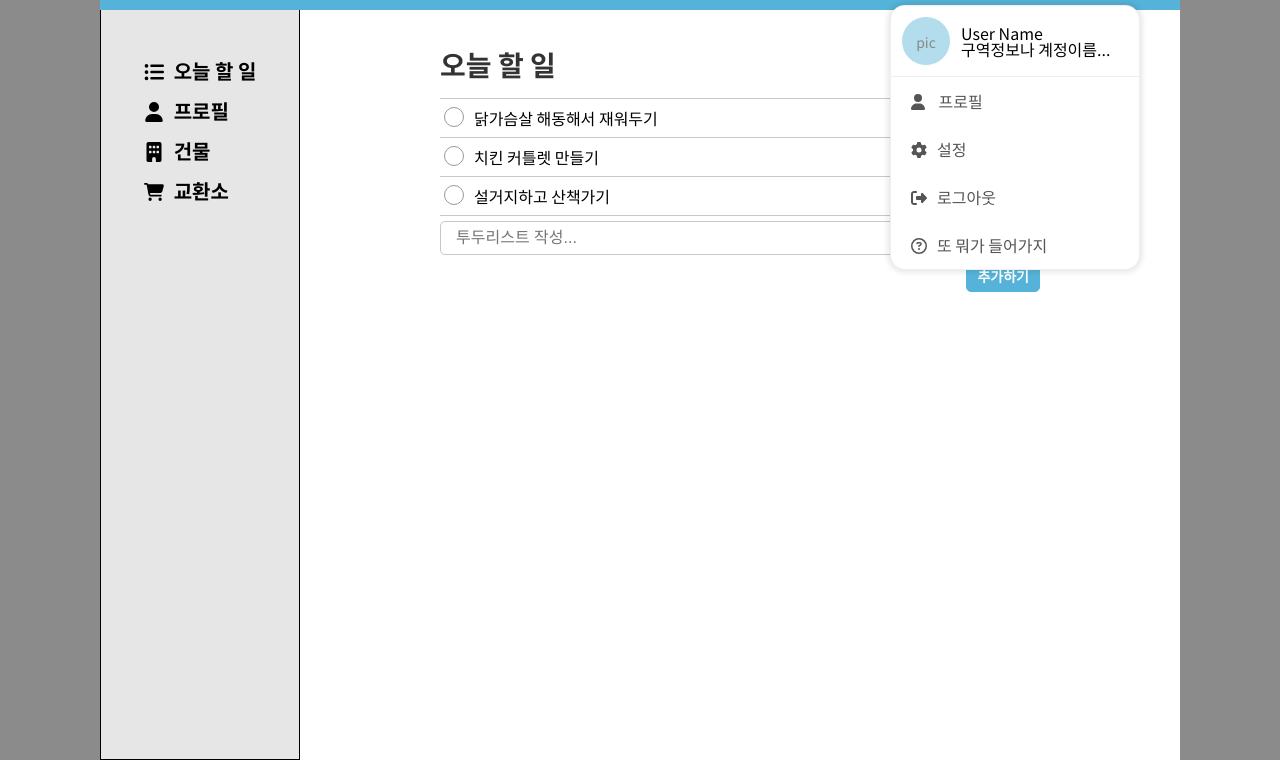
Repository: sunoo-lee/toVillage-old
Page: /
These files come from the project's save history. The page is drawn as it stood at one moment and after a run of saves; the edit follows.
The browser window is 1280 px wide. The pictures show the whole page.
The project was rebuilt for these pictures with package versions that can differ from the ones it lists, and the page was loaded fresh each time. Also part of the build but not shown: src/routes/Auth.js, src/components/MyProfile.js, src/routes/Profile.js, src/components/Area.module.css, src/components/Area.js, src/routes/Building.js, src/components/TradingShop.module.css, src/components/TradingShop.js and 1 more.

Above is the page before, as saved 2022-10-13 02:31:59.

### src/components/App.js
import React, { useState } from "react";
import AppRouter from "./Router";

function App() {
  const [isLoggedIn, setIsLoggedIn] = useState(true);
  const onClick = () => {
    setIsLoggedIn(!isLoggedIn);
  };
  return (
    <>
      <AppRouter onClick={onClick} isLoggedIn={isLoggedIn} />
    </>
  );
}

export default App;

### src/style.css
@import url("https://fonts.googleapis.com/css2?family=Noto+Sans+KR:wght@400;500;700&display=swap");

* {
  box-sizing: border-box;
}

html,
body {
  padding: 0;
  margin: 0;
  font-family: "Noto Sans KR", -apple-system, BlinkMacSystemFont, Segoe UI,
    Roboto, Oxygen, Ubuntu, Cantarell, Fira Sans, Droid Sans, Helvetica Neue,
    sans-serif;
}

body {
  display: flex;
  justify-content: center;
  align-items: center;
  height: 800px;
  width: 1080px;
  margin: auto;
  height: 100vh;
  background-color: #9dbac7;
  background-color: #8b8b8b;
}

.container {
  background-color: aliceblue;
  background-color: #ffffff;
  min-width: 600px;
  width: 1080px;
  height: 800px;
  padding-left: 200px;
  padding-top: 50px;
  display: flex;
  justify-content: center;
}

### src/components/Router.js
import { HashRouter as Router, Routes, Route } from "react-router-dom";
import Auth from "../routes/Auth";
import Home from "../routes/Home";
import Profile from "../routes/Profile";
import Building from "../routes/Building";
import Trade from "../routes/Trade";
import Header from "./Header";
import Navigation from "./Navigation";

const AppRouter = ({ onClick, isLoggedIn }) => {
  return (
    <Router>
      {isLoggedIn}
      <Header />
      <Navigation onClick={onClick} />
      <Routes>
        {isLoggedIn ? (
          <>
            <Route
              exact
              path="/"
              element={<Home onClick={onClick} isLoggedIn={isLoggedIn} />}
            />
            <Route path="/profile" element={<Profile />} />
            <Route path="/building" element={<Building />} />
            <Route path="/trade" element={<Trade />} />
          </>
        ) : (
          <>
            <Route exact path="/" element={<Auth />} />
          </>
        )}
      </Routes>
    </Router>
  );
};

export default AppRouter;

### src/routes/Home.js
import React from "react";
import Main from "../components/Main";

const Home = () => {
  return (
    <>
      <div className={"container"}>
        <Main />
      </div>
    </>
  );
};

export default Home;

### src/components/Header.js
import { React } from "react";
import styles from "./Header.module.css";
import { FontAwesomeIcon } from "@fortawesome/react-fontawesome";
import { faBars, faUser } from "@fortawesome/free-solid-svg-icons";
import Dropdown from "./Dropdown";
// import MiniProfile from "./MiniProfile";

const Header = () => (
  <header id={styles.header}>
    <div className={styles.container}>
      <div className={styles.header_left}>
        <button className={styles.toggle_btn}>
          <FontAwesomeIcon icon={faBars} />
        </button>
      </div>
      <div className={styles.header_center}>
        {/* {new Date().getFullYear()}/{new Date().getMonth() + 1}/
      {new Date().getDate()} */}
      </div>
      <div className={styles.header_right}>
        <button>
          <FontAwesomeIcon icon={faUser} />
        </button>
        <Dropdown />
      </div>
    </div>
  </header>
);

export default Header;

### src/components/Navigation.js
import { React } from "react";
import { Link } from "react-router-dom";
// import MiniProfile from "./MiniProfile";
import styles from "./Navigation.module.css";
import { FontAwesomeIcon } from "@fortawesome/react-fontawesome";
import {
  faUser,
  faBuilding,
  faCartShopping,
  faListUl,
} from "@fortawesome/free-solid-svg-icons";

const Navigation = () => (
  <nav id={styles.nav}>
    {/* <MiniProfile /> */}
    <div className={styles.container}>
      <ul>
        <li>
          <Link to="/">
            <FontAwesomeIcon icon={faListUl} />
            <span>오늘 할 일</span>
          </Link>
        </li>
        <li>
          <Link to="/profile">
            <FontAwesomeIcon icon={faUser} />
            <span>프로필</span>
          </Link>
        </li>
        <li>
          <Link to="/building">
            <FontAwesomeIcon icon={faBuilding} />
            <span>건물</span>
          </Link>
        </li>
        <li>
          <Link to="/trade">
            <FontAwesomeIcon icon={faCartShopping} />
            <span>교환소</span>
          </Link>
        </li>
      </ul>
      {/* <button onClick={onClick}>SIGN OUT</button> */}
    </div>
  </nav>
);

export default Navigation;

### src/components/Main.js
import React, { useState, useEffect } from "react";
import { FontAwesomeIcon } from "@fortawesome/react-fontawesome";
import { faTrash, faPencilAlt } from "@fortawesome/free-solid-svg-icons";
import styles from "./Main.module.css";
import Todo from "./Todo";
import AddForm from "./AddForm";

const Main = () => {
  const [toDo, setToDo] = useState("");
  const [toDos, setToDos] = useState([]);

  useEffect(() => {
    const item = localStorage.getItem("list");
    if (item) {
      setToDos(item);
    } else
      setToDos([
        "닭가슴살 해동해서 재워두기",
        "치킨 커틀렛 만들기",
        "설거지하고 산책가기",
      ]);
  }, []);
  const onChange = (event) => setToDo(event.target.value);
  const onSubmit = async (event) => {
    event.preventDefault();
    if (toDo === "") {
      return;
    }
    await setToDos((currentArray) => [...currentArray, toDo]);
    setToDo("");
  };
  const onDelete = (event) => {
    const li = event.target.parentElement;
    console.dir(event.target.parentElement);
    li.remove();
  };
  const toggleEditing = (event) => console.log(event);
  return (
    <div className={styles.container}>
      <h1>
        <span className={styles.title}>오늘 할 일</span>
      </h1>
      <ul className={styles.list}>
        {toDos.map((item, index) => (
          <Todo
            item={item}
            key={index}
            toggleEditing={toggleEditing}
            onDelete={onDelete}
          />
        ))}
      </ul>
      <AddForm onSubmit={onSubmit} onChange={onChange} toDo={toDo} />
    </div>
  );
};

export default Main;

### src/components/Header.module.css
:root {
  --theme_color: #55b3d9;
}

#header {
  position: absolute;
  width: 1080px;
  z-index: 100;
}

.container {
  background-color: #bce5f5;
  background-color: var(--theme_color);
  width: 100%;
  height: 50px;
  display: flex;
  justify-content: space-between;
  align-items: center;
  padding: 0 40px;
}
.header_left .toggle_btn {
  width: 30px;
  height: 30px;
  border: none;
  outline: none;
  border-radius: 50%;
  background-color: whitesmoke;
  background-color: transparent;
  color: #ffffff;
  cursor: pointer;
  font-size: 1.3rem;
}
.header_center {
  font-weight: 700;
  font-size: 1.4em;
}

.header_right button {
  width: 30px;
  height: 30px;
  border: none;
  outline: none;
  border-radius: 50%;
  background-color: whitesmoke;
  cursor: pointer;
  text-align: center;
  color: var(--theme_color);
}

### src/components/Dropdown.js
import React from "react";
import styles from "./MyProfile.module.css";
import { FontAwesomeIcon } from "@fortawesome/react-fontawesome";
import {
  faUser,
  faGear,
  faRightFromBracket,
} from "@fortawesome/free-solid-svg-icons";
import { faCircleQuestion } from "@fortawesome/free-regular-svg-icons";

const Dropdown = () => (
  <div className={styles.card}>
    <div className={styles.userBx}>
      <div className={styles.imgbx}>pic</div>
      <div className={styles.userinfo}>
        <p>User Name</p>
        <p>구역정보나 계정이름...</p>
      </div>
    </div>
    <ul className={styles.menu}>
      <li>
        <FontAwesomeIcon icon={faUser} /> <span>프로필</span>
      </li>
      <li>
        <FontAwesomeIcon icon={faGear} />
        <span>설정</span>
      </li>
      <li>
        <FontAwesomeIcon icon={faRightFromBracket} />
        <span>로그아웃</span>
      </li>
      <li>
        <FontAwesomeIcon icon={faCircleQuestion} />
        <span>또 뭐가 들어가지</span>
      </li>
    </ul>
  </div>
);

export default Dropdown;

### src/components/Navigation.module.css
#nav {
  width: 200px;
  height: 800px;
  position: absolute;
  z-index: 50;
  padding-top: 50px;
  background-color: #b6ee91;
  background-color: #e6e6e6;
  border: 1px solid black;
  display: flex;
  align-items: center;
  flex-direction: column;
  padding: 60px 10px 10px;
}

.container {
  position: relative;
  margin-top: 10px;
  width: 100%;
  height: 420px;
  /* background-color: #ffffff; */
  /* box-shadow: 0 35px 80px #00000015; */
  border-radius: 20px;
  padding: 20px;
  display: flex;
  flex-direction: column;
  align-items: center;
}
.container ul {
  text-align: left;
}
.container ul li a {
  font-size: 20px;
  color: #696969;
  color: #000000;
  font-weight: 700;
  line-height: 40px;
  text-decoration: none;
}
.container ul li a svg {
  width: 20px;
  margin-right: 10px;
}

.container button {
  position: absolute;
  bottom: 20px;
  padding: 7px 10px;
  border-radius: 5px;
  border: none;
  outline: none;
  font-size: 1em;
  font-weight: 700;
  background-color: #58a8eb;
  color: #ffffff;
  cursor: pointer;
}

### src/components/Main.module.css
:root {
  --theme_color: #55b3d9;
}

.container {
  margin-top: 40px;
  width: 600px;
}

.container h1 {
  margin-bottom: 20px;
}

.title {
  font-size: 28px;
  font-weight: 700;
  color: #333333;
}

.list {
  width: 600px;
  /* margin: 20px 0; */
}

.list .item {
  background-color: #ffffff;
  padding: 5px 0;
  line-height: 28px;
  display: flex;
  align-items: center;
  justify-content: space-between;
  border-bottom: 1px solid #c7c7c7;
}

.list .item:first-child {
  border-top: 1px solid #c7c7c7;
}

.list .item input[type="checkbox"] {
  width: 20px;
  height: 20px;
  border-radius: 50px;
  border: 1px solid #999999;
  appearance: none;
  margin-right: 10px;
}

.list .item input[type="checkbox"]:checked {
  background: var(--theme_color);
  border: none;
}
.list .item div {
  margin: auto 0;
  display: flex;
}
.list .item div button {
  border-radius: 50%;
  border: none;
  margin: auto 3px;
  height: 24px;
  width: 24px;
  box-shadow: 0 0 3px 0 #00000088;
  background-color: #ffffff;
  color: #333333;
}

.add_form {
  position: relative;
}

.add_form .list_input {
  margin: 5px 0;
  width: 600px;
  font-size: 16px;
  padding: 7px 15px;
  border: 1px solid #c7c7c7;
  border-radius: 5px;
}

.add_form .list_input:focus {
  outline: none;
  border: 1px solid var(--theme_color);
}

.add_form .add_btn {
  display: block;
  position: absolute;
  right: 0;
  font-size: 14px;
  background-color: var(--theme_color);
  border: 1px solid var(--theme_color);
  /* border: none; */
  border-radius: 5px;
  padding: 5px 10px;
  color: #ffffff;
  font-weight: 700;
  cursor: pointer;
}

### src/components/Todo.js
import React from "react";
import { FontAwesomeIcon } from "@fortawesome/react-fontawesome";
import { faTrash, faPencilAlt } from "@fortawesome/free-solid-svg-icons";
import styles from "./Main.module.css";

const Todo = ({ item, index, toggleEditing, onDelete }) => {
  return (
    <li className={styles.item} key={index}>
      <div>
        <input type="checkbox" />
        <span>{item}</span>
      </div>
      <div>
        <button onClick={toggleEditing}>
          <FontAwesomeIcon icon={faPencilAlt} />
        </button>
        <button onClick={onDelete}>
          <FontAwesomeIcon icon={faTrash} />
        </button>
      </div>
    </li>
  );
};

export default Todo;

### src/components/AddForm.js
import React, { memo } from "react";
import styles from "./Main.module.css";

const AddForm = memo(({ onSubmit, onChange, toDo }) => {
  return (
    <form className={styles.add_form} onSubmit={onSubmit}>
      <input
        className={styles.list_input}
        onChange={onChange}
        value={toDo}
        type="text"
        placeholder="투두리스트 작성..."
      />
      <button className={styles.add_btn}>추가하기</button>
    </form>
  );
});

export default AddForm;

### src/components/MyProfile.module.css
:root {
  --border_option: 1px solid #666666;
  /* --border_option: none; */
  --shadow_option: 0 0 5px 1px #00000088;
  --theme_color: #55b3d9;
}
.container {
  display: flex;
  flex-direction: column;
  justify-content: flex-start;
  align-items: center;
  padding: 60px;
}

.pic {
  width: 200px;
  height: 200px;
  background-color: #ffffff;
  border-radius: 50%;
  box-shadow: 0 15px 50px #00000041;
  line-height: 200px;
  text-align: center;
  font-size: 20px;
  color: #888888;
  font-weight: 700;
  margin-bottom: 30px;
}
.nickname {
  color: #666666;
  font-size: 36px;
  font-weight: 700;
  margin-bottom: 20px;
}
.area {
  font-size: 26px;
  font-weight: 700;
  color: #888888;
}
.materials {
  display: flex;
  margin: 40px 0;
}
.materials li {
  margin: 0 10px;
}
.materials div {
  width: 80px;
  height: 80px;
  background-color: #ffffff;
  border-radius: 50%;
  line-height: 80px;
  text-align: center;
  margin-bottom: 10px;
  color: #666666;
  border-radius: 50%;
  background-color: #55b4d975;
  font-size: 1.2em;
  color: #999999;
}
.materials span {
  display: block;
  width: 80px;
  text-align: center;
  font-size: 1.6em;
  color: #555555;
  line-height: 1.2em;
  font-weight: 600;
}
.box_btn {
  border-radius: 5px;
  padding: 16px 20px;
  border: none;
  outline: none;
  font-size: 1.4em;
  font-weight: 700;
  background-color: var(--theme_color);
  color: #ffffff;
  cursor: pointer;
}

/* ----------------------mini profile-------------------------- */

.card {
  position: absolute;
  width: 250px;
  height: 265px;
  background-color: #ffffff;
  border-radius: 15px;
  box-shadow: 0 0 5px 3px #00000015;
  border: 1px solid #00000011;
  overflow: hidden;
  right: 40px;
  top: 45px;
}
.userBx {
  position: relative;
  display: flex;
  align-items: center;
  padding: 10px;
}

.imgbx {
  border: 1px solid #ffffff;
  position: relative;
  width: 50px;
  height: 50px;
  background-color: #b3dcec;
  border-radius: 50%;
  font-size: 14px;
  text-align: center;
  color: #888888;
  line-height: 50px;
  margin-right: 10px;
}

.menu {
  position: absolute;
  width: 100%;
  height: auto;
  border-top: 1px solid #00000011;
}
.menu li {
  padding: 0 20px;
  color: #555555;
  cursor: pointer;
}
.menu li:hover {
  background-color: #c9dee6;
}
.menu li span {
  display: inline-block;
  margin: 16px 10px;
}

Loaded but not shown: public/index.html (common file); src/index.js (common file); src/reset.css (common file)

After the next 2 saves:
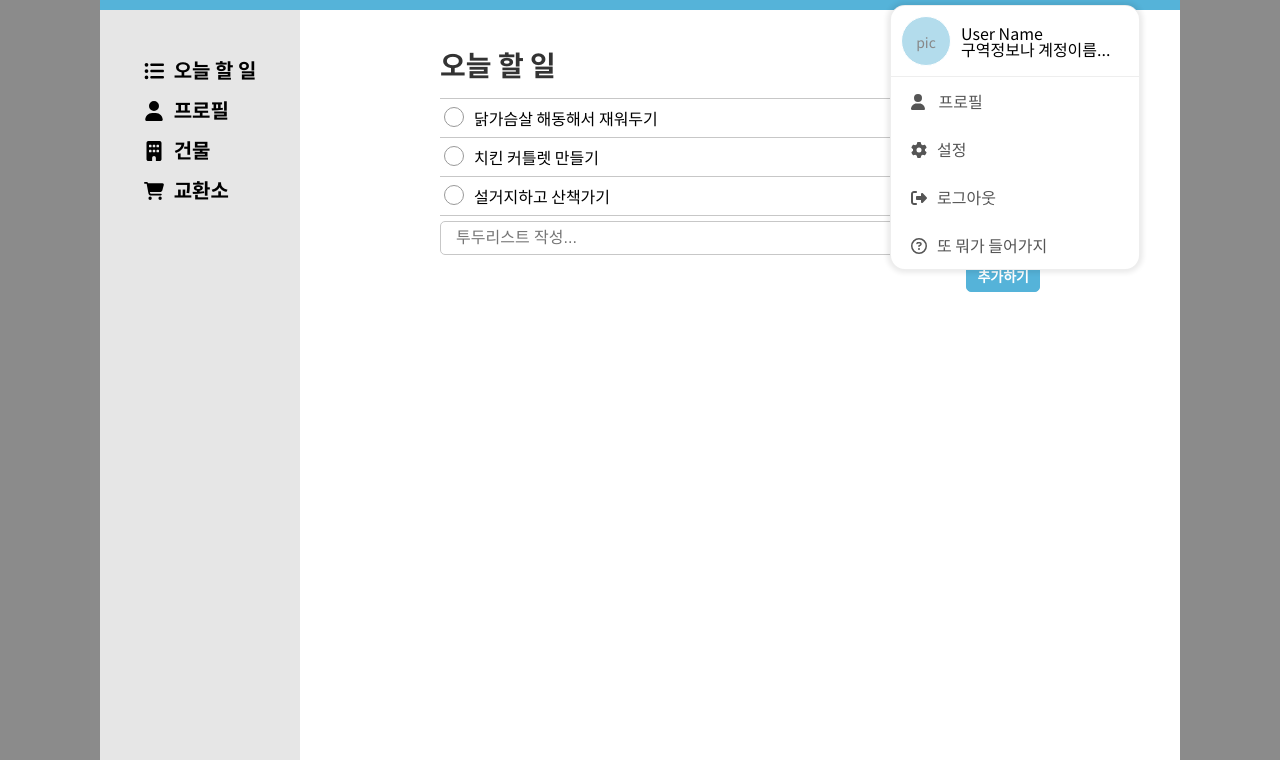
The 2 saves are shown as one change because they came seconds apart.
The last was saved 11 s later.
--- a/src/components/Navigation.module.css
+++ b/src/components/Navigation.module.css
@@ -6,7 +6,6 @@
   padding-top: 50px;
   background-color: #b6ee91;
   background-color: #e6e6e6;
-  border: 1px solid black;
   display: flex;
   align-items: center;
   flex-direction: column;
@@ -18,8 +17,6 @@
   margin-top: 10px;
   width: 100%;
   height: 420px;
-  /* background-color: #ffffff; */
-  /* box-shadow: 0 35px 80px #00000015; */
   border-radius: 20px;
   padding: 20px;
   display: flex;
